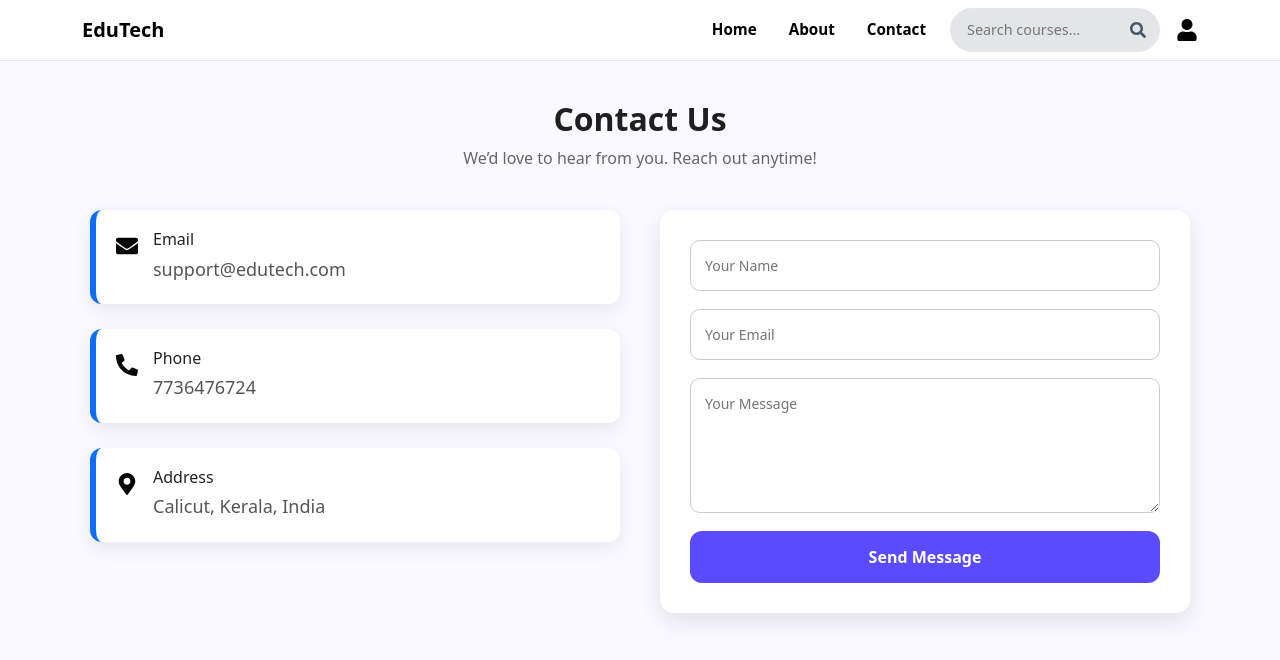
Repository: Aswin74k/project-2
Page: /Contact
These files come from the project's save history. The page is drawn as it stood at one moment and after the next save; the edit follows.
The browser window is 1280 px wide. The pictures show the whole page.
The project was rebuilt for these pictures with package versions that can differ from the ones it lists, and the page was loaded fresh each time. Also part of the build but not shown: vite.config.js, src/project/Home.jsx, src/project/Course.jsx, src/project/About.css, src/project/About.jsx, src/project/Enroll.css, src/project/Enroll.jsx, src/project/ProtectedRoute.jsx.

Above is the page before, as saved 2025-12-25 12:43:59.

After the next save:
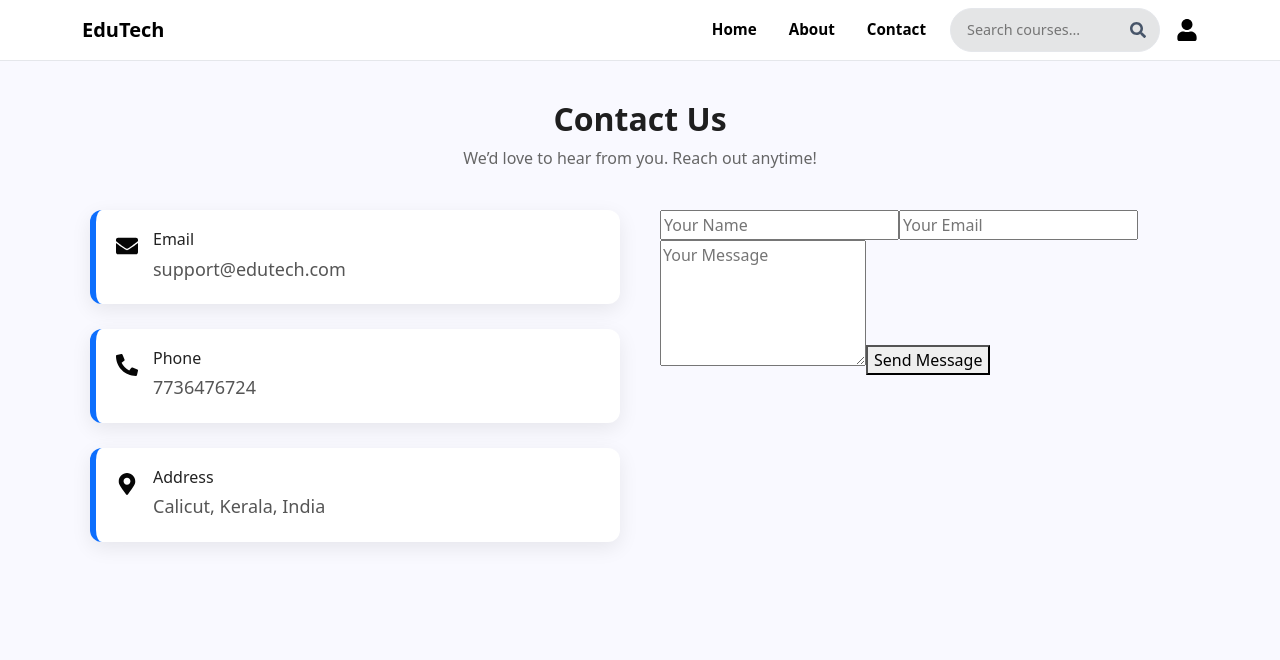
Saved 4 min 7 s later.
--- a/src/project/contact.css
+++ b/src/project/contact.css
@@ -59,59 +59,52 @@
 }
 
 
+/* ================= STATUS MESSAGE CENTER ================= */
+
 .contact-form {
-  background: #fff;
-  padding: 30px;
-  border-radius: 14px;
-  box-shadow: 0 8px 25px rgba(0, 0, 0, 0.1);
-  display: flex;
-  flex-direction: column;
-  gap: 18px;
+  position: relative; /* required for absolute positioning */
 }
 
-.contact-form input,
-.contact-form textarea {
-  padding: 14px;
+.status-msg {
+  position: absolute;
+  bottom: 20px;
+  left: 50%;
+  transform: translateX(-50%);
+
+  width: calc(100% - 60px);
+  text-align: center;
+
+  padding: 12px 16px;
   border-radius: 10px;
-  border: 1px solid #ccc;
-  outline: none;
+  font-weight: 600;
   font-size: 14px;
+
+  animation: fadeInUp 0.3s ease;
 }
 
-.contact-form input:focus,
-.contact-form textarea:focus {
-  border-color: #5a4bff;
-}
-
-.contact-form button {
-  padding: 14px;
-  border-radius: 12px;
-  border: none;
-  background: #5a4bff;
-  color: #fff;
-  font-size: 16px;
-  font-weight: 600;
-  cursor: pointer;
-  transition: 0.3s;
-}
-
-.contact-form button:hover {
-  background: #4338ca;
-}
-
-.error {
-  color: #dc2626;
-  font-size: 13px;
-  margin-top: -10px;
-}
-
+/* success & error colors remain untouched */
 .status-msg.success {
-  color: green;
+  background: #ecfdf5;
+  color: #065f46;
 }
 
 .status-msg.error {
-  color: red;
+  background: #fef2f2;
+  color: #991b1b;
 }
+
+/* subtle animation */
+@keyframes fadeInUp {
+  from {
+    opacity: 0;
+    transform: translate(-50%, 8px);
+  }
+  to {
+    opacity: 1;
+    transform: translate(-50%, 0);
+  }
+}
+
 
 
 

After the save that followed:
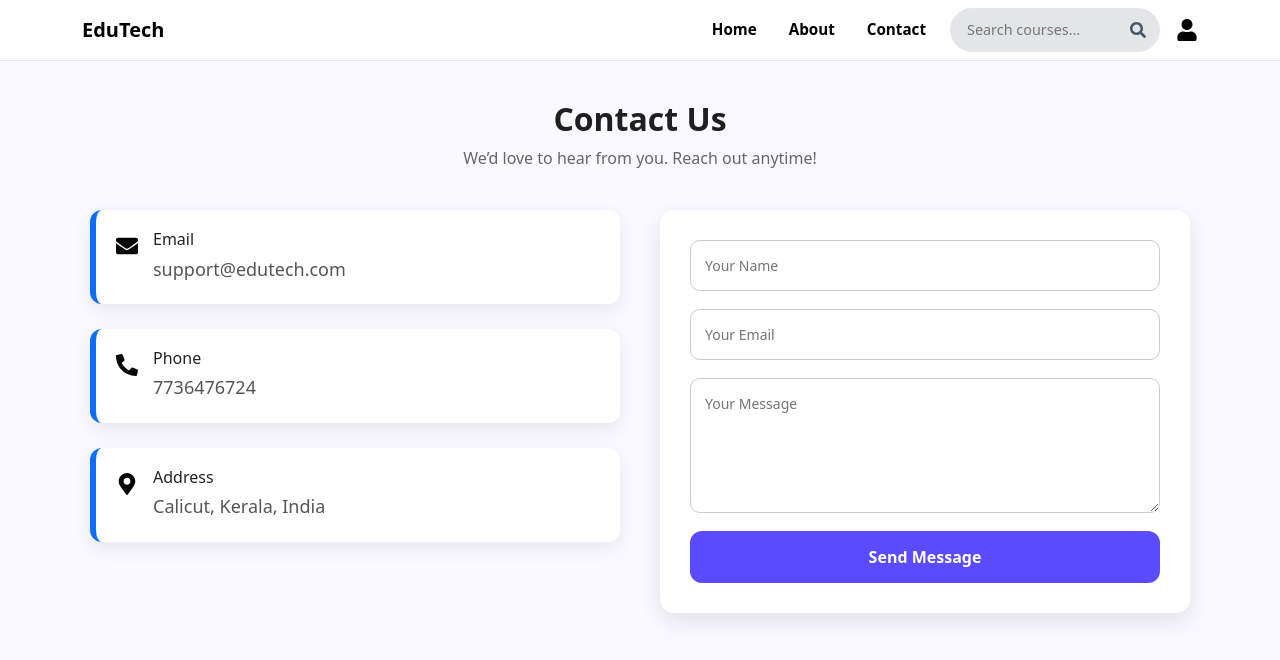
Saved 10 s later.
--- a/src/project/contact.css
+++ b/src/project/contact.css
@@ -59,52 +59,59 @@
 }
 
 
-/* ================= STATUS MESSAGE CENTER ================= */
-
 .contact-form {
-  position: relative; /* required for absolute positioning */
+  background: #fff;
+  padding: 30px;
+  border-radius: 14px;
+  box-shadow: 0 8px 25px rgba(0, 0, 0, 0.1);
+  display: flex;
+  flex-direction: column;
+  gap: 18px;
 }
 
-.status-msg {
-  position: absolute;
-  bottom: 20px;
-  left: 50%;
-  transform: translateX(-50%);
-
-  width: calc(100% - 60px);
-  text-align: center;
-
-  padding: 12px 16px;
+.contact-form input,
+.contact-form textarea {
+  padding: 14px;
   border-radius: 10px;
-  font-weight: 600;
+  border: 1px solid #ccc;
+  outline: none;
   font-size: 14px;
-
-  animation: fadeInUp 0.3s ease;
 }
 
-/* success & error colors remain untouched */
+.contact-form input:focus,
+.contact-form textarea:focus {
+  border-color: #5a4bff;
+}
+
+.contact-form button {
+  padding: 14px;
+  border-radius: 12px;
+  border: none;
+  background: #5a4bff;
+  color: #fff;
+  font-size: 16px;
+  font-weight: 600;
+  cursor: pointer;
+  transition: 0.3s;
+}
+
+.contact-form button:hover {
+  background: #4338ca;
+}
+
+.error {
+  color: #dc2626;
+  font-size: 13px;
+  margin-top: -10px;
+}
+
 .status-msg.success {
-  background: #ecfdf5;
-  color: #065f46;
+  color: green;
 }
 
 .status-msg.error {
-  background: #fef2f2;
-  color: #991b1b;
+  color: red;
 }
-
-/* subtle animation */
-@keyframes fadeInUp {
-  from {
-    opacity: 0;
-    transform: translate(-50%, 8px);
-  }
-  to {
-    opacity: 1;
-    transform: translate(-50%, 0);
-  }
-}
-
 
 
 
